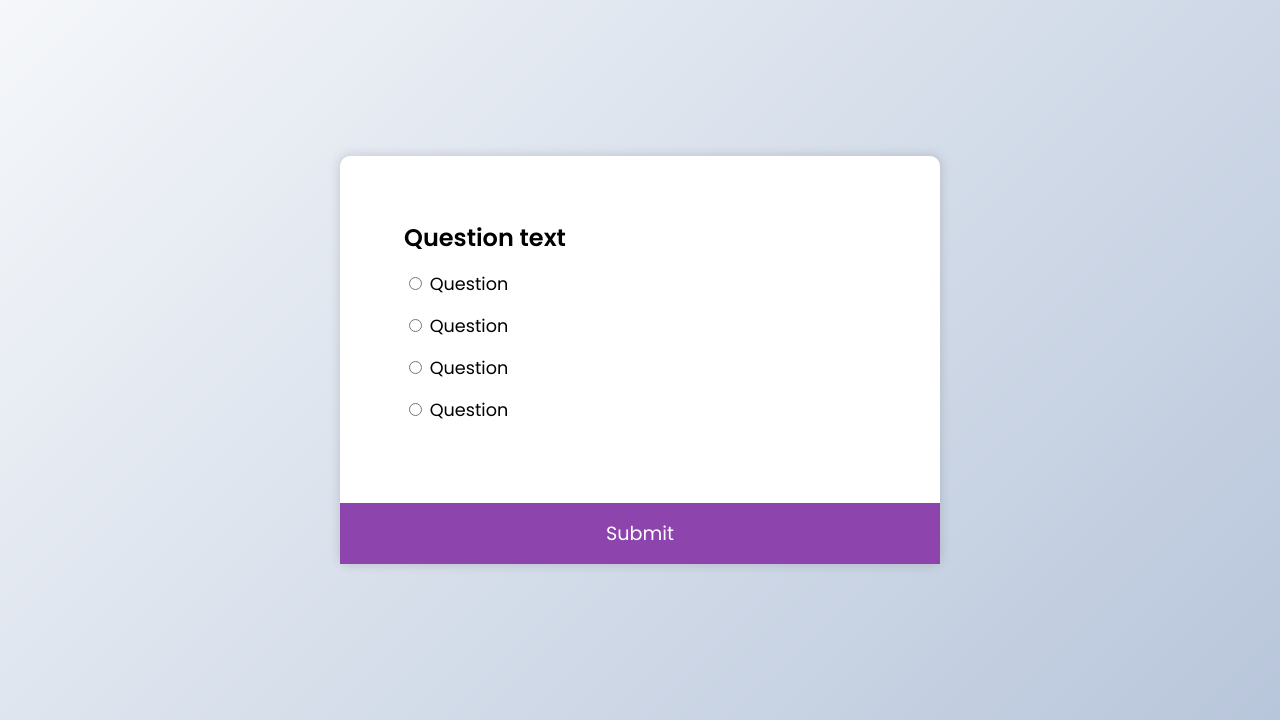
Repository: kate30980/projects-js-practice
Page: quiz-app/index.html
These files come from the project's save history. The page is drawn as it stood at one moment and after the next save; the edit follows.
The browser window is 1280 px wide. The pictures show the whole page.

Above is the page before, as saved 2021-09-05 22:14:44.

### quiz-app/index.html
<!DOCTYPE html>
<html lang="en">

<head>
    <meta charset="UTF-8" />
    <meta name="viewport" content="width=device-width, initial-scale=1.0" />
    <title>Title</title>
    <link rel="stylesheet" href="style.css" />
    <script src="script.js" defer></script>
</head>

<body>
    <div class="quiz-container">
        <div class="quiz-header">
            <h2 id="question">Question text</h2>
            <ul>
                <li>
                    <input type="radio" id="a" name="answer">
                    <label id="a_text" for="a">Question</label>
                </li>
                <li>
                    <input type="radio" id="b" name="answer">
                    <label id="b_text" for="b">Question</label>
                </li>
                <li>
                    <input type="radio" id="c" name="answer">
                    <label id="c_text" for="c">Question</label>
                </li>
                <li>
                    <input type="radio" id="d" name="answer">
                    <label id="d_text" for="d">Question</label>
                </li>
            </ul>
        </div>
        <button>Submit</button>
    </div>
</body>

</html>

### quiz-app/style.css
@import url("https://fonts.googleapis.com/css2?family=Poppins:wght@200;400;600&display=swap");

* {
    box-sizing: border-box;
}

body {
    background-color: #b8c6db;
    background-image: linear-gradient(315deg,#b8c6db, #f5f7fa 100%);
    font-family: "Poppins", sans-serif;
    margin: 0;
    min-height: 100vh;

    display: flex;
    align-items: center;
    justify-content: center;

}

.quiz-container{
    background-color: #fff;
    width: 400px;
    border-radius: 10px;
    box-shadow: rgba(100, 100, 100, 0.2) 0px 0 10px 2px;
    width: 600px;
    max-width: 100%;
}
.quiz-header{
    padding: 4rem;
}
ul{
    list-style-type: none;
    padding: 0;
}
h2{
    margin: 0;
}
ul li{
    margin: 1rem 0;
    font-size: 1.1rem;
}
button{
    background-color:#8e44ad;
    display: block;
    width: 100%;
    padding: 1rem;
    color: white;
    font-family: inherit;
    border:none;
    cursor: pointer;
    font-size: 1.2rem;
}
button:hover{
    background-color: #732d91;
}

### quiz-app/script.js
const quizData = [
  {
    question: "How old is Kate?",
    a: "10",
    b: "17",
    c: "21",
    d: "20",
    correct: "c",
  },
  {
    question: "What is the best programming language?",
    a: "Javascript",
    b: "Python",
    c: "C++",
    d: "PHP",
    correct: "a",
  },
  {
    question: "Who is the president of US?",
    a: "Kate Le",
    b: "Donald Trump",
    c: "Barack Obama",
    d: "Bill Clinton",
    correct: "a",
  },
  {
    question: "Kate is the best girl in the world",
    a: "Damn true",
    b: "This is a correct answer",
    c: "Aboslutely",
    d: "Dont need to ask this stupid question",
    correct: "a",
  },
  {
    question: "What year was Javascript launch",
    a: "2020",
    b: "2019",
    c: "1995",
    d: "None of the above",
    correct: "c",
  },
];

const questionEl = document.getElementById("question");
const a_text = document.getElementById("a_text");
const b_text = document.getElementById("b_text");
const c_text = document.getElementById("c_text");
const d_text = document.getElementById("d_text");

let currentQuestion = 0;
loadQuiz();

function loadQuiz() {
  currentQuestion++;
}

After the next save:
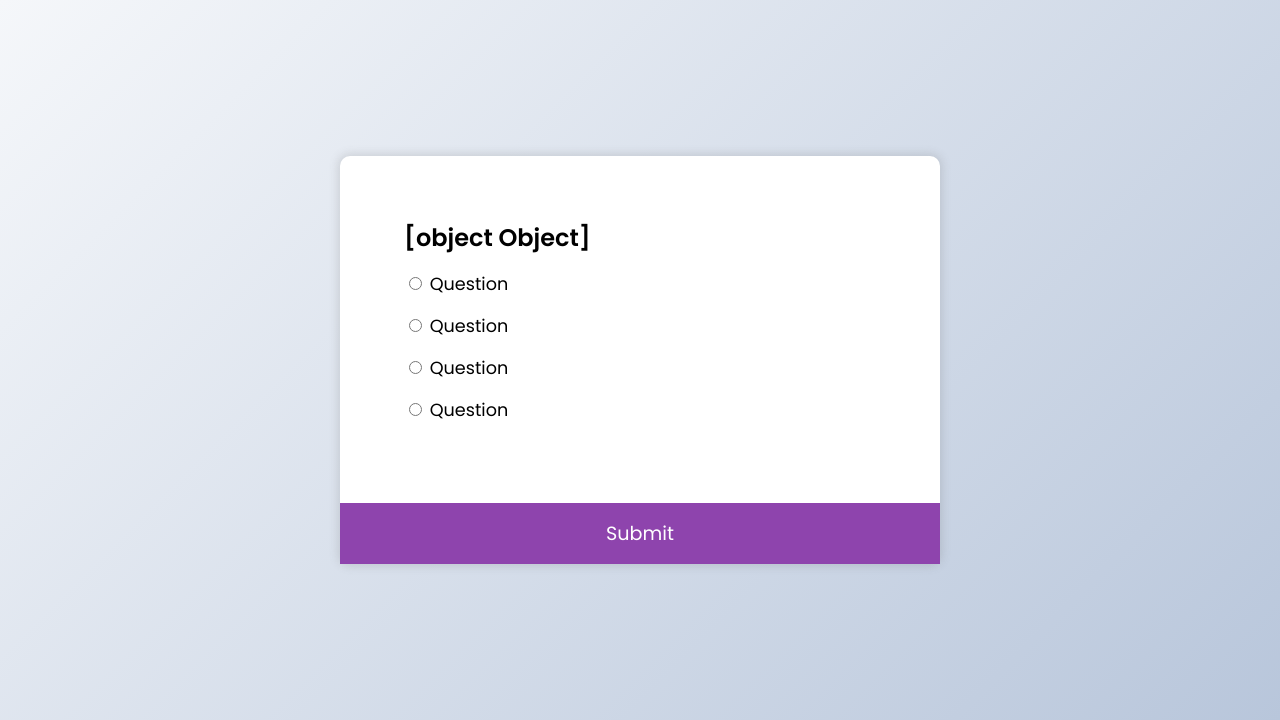
Saved 60 s later.
--- a/quiz-app/script.js
+++ b/quiz-app/script.js
@@ -51,5 +51,7 @@
 loadQuiz();
 
 function loadQuiz() {
+  const currentQuiz = quizData[currentQuestion];
+  questionEl.innerHTML = quizData[currentQuestion];
   currentQuestion++;
 }

After the 2 saves that followed:
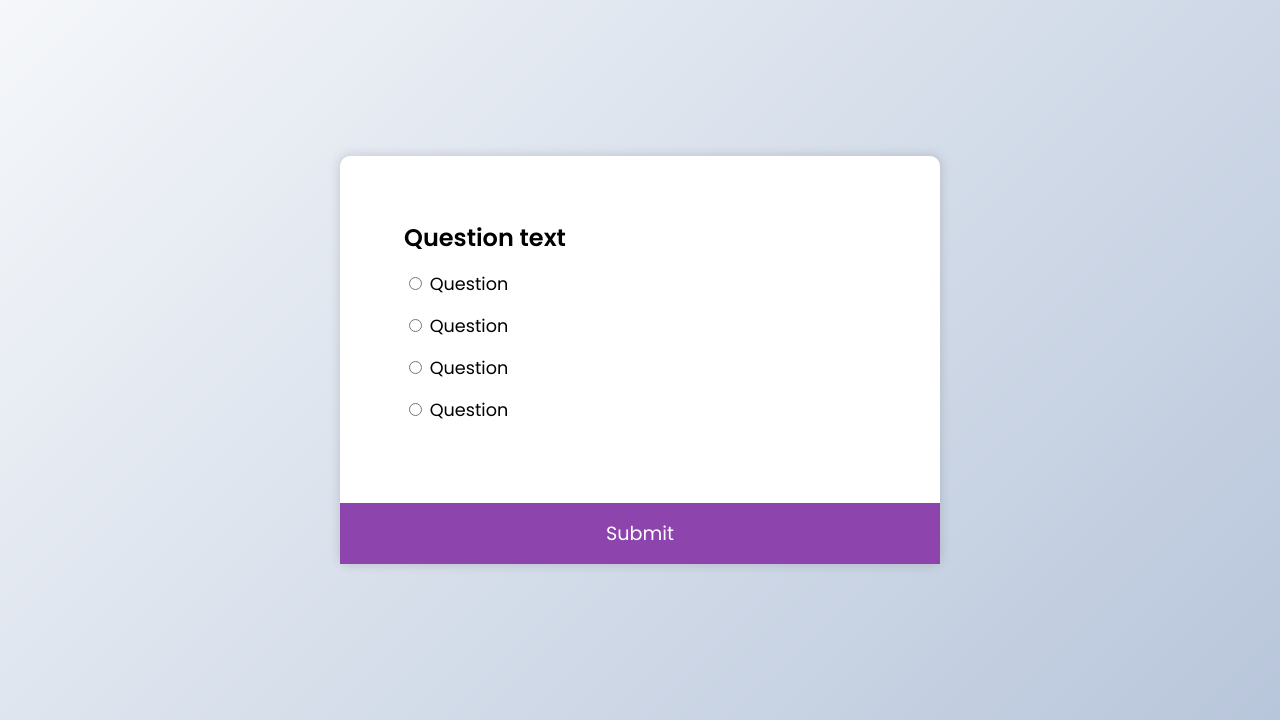
Console error: ReferenceError: currentQuestion is not defined
The 2 saves are shown as one change because they came seconds apart.
The last was saved 21 s later.
--- a/quiz-app/script.js
+++ b/quiz-app/script.js
@@ -47,11 +47,11 @@
 const c_text = document.getElementById("c_text");
 const d_text = document.getElementById("d_text");
 
-let currentQuestion = 0;
+let currentQuiz = 0;
 loadQuiz();
 
 function loadQuiz() {
-  const currentQuiz = quizData[currentQuestion];
+  const currentQuizData = quizData[currentQuestion];
   questionEl.innerHTML = quizData[currentQuestion];
   currentQuestion++;
 }
